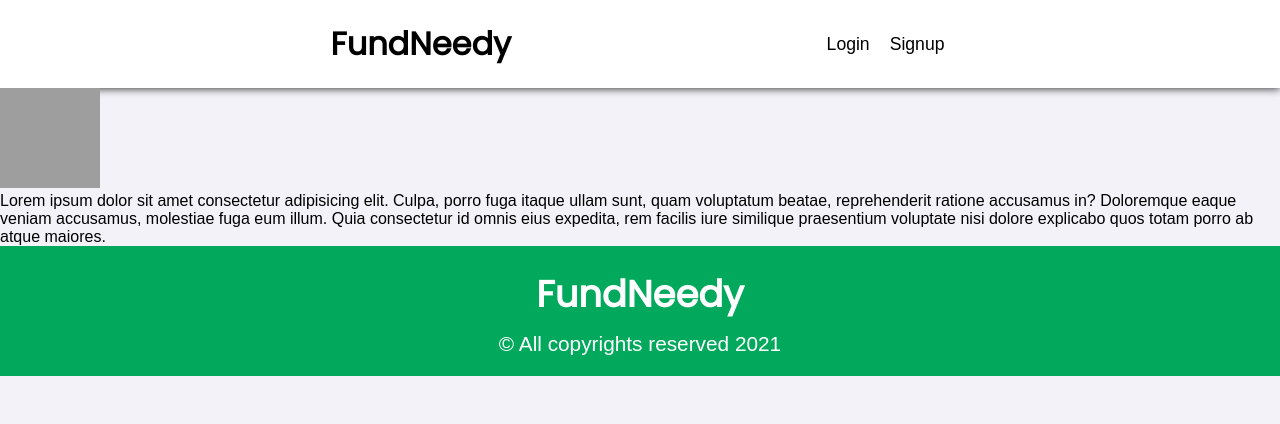
Repository: osdc/codejam
Page: /firmname (app in sassy-sandwiches/fund-needy/)
An editor plug-in stored every save of this project. The page is shown before and after the next save, followed by the edit.
The browser window is 1280 px wide. The pictures show the whole page.
Pictures or frames that could not be fetched are drawn as grey boxes. The project was rebuilt for these pictures with package versions that can differ from the ones it lists, and the page was loaded fresh each time. Also part of the build but not shown: sassy-sandwiches/fund-needy/src/Showcase.css, sassy-sandwiches/fund-needy/src/Showcase.js, sassy-sandwiches/fund-needy/src/Needies.css, sassy-sandwiches/fund-needy/src/Needy.css, sassy-sandwiches/fund-needy/src/Needy.js, sassy-sandwiches/fund-needy/src/Needies.js.

Above is the page before, as saved 2021-01-09 21:57:26.

### sassy-sandwiches/fund-needy/src/App.js
import React from "react";
import "./App.css";
import Navbar from "./Navbar";
import Showcase from "./Showcase";
import Needies from "./Needies";
import Footer from "./Footer";
import { BrowserRouter as Router, Route, Switch } from "react-router-dom";
import FirmFund from "./FirmFund";

function App() {
  return (
    <div className="App">
      <Router>
        <Navbar />
        <Switch>
          <Route exact path="/" component={Showcase} />
          <Route path="/needies" component={Needies} />
          <Route path="/firmname" component={FirmFund} />
        </Switch>
        <Footer />
      </Router>
    </div>
  );
}

export default App;

### sassy-sandwiches/fund-needy/src/App.css
* {
  margin: 0;
  padding: 0;
  font-family: Arial, Helvetica, sans-serif;
}

body {
  background-color: #f3f2f8;
}

### sassy-sandwiches/fund-needy/src/Navbar.js
import React from "react";
import "./Navbar.css";

function Navbar() {
  return (
    <div className="navbar">
      <div className="navbar_logo">
        <h1>FundNeedy</h1>
      </div>
      <div className="navbar_login_signup">
        <button>Login</button>
        <button>Signup</button>
      </div>
    </div>
  );
}

export default Navbar;

### sassy-sandwiches/fund-needy/src/Footer.js
import React from "react";
import "./Footer.css";

function Footer() {
  return (
    <div className="footer">
      <h1>FundNeedy</h1>
      <p>© All copyrights reserved 2021</p>
    </div>
  );
}

export default Footer;

### sassy-sandwiches/fund-needy/src/FirmFund.js
import React from "react";
import "./FirmFund.css";

function FirmFund() {
  return (
    <div className="firmFund">
      <div className="firmFund_image">
        <img
          src="https://i.pinimg.com/originals/ba/fc/15/bafc1525cef9606c5c064694ca8e60fb.jpg"
          alt=""
        />
      </div>
      <div className="firmFund_about">
        <p>
          Lorem ipsum dolor sit amet consectetur adipisicing elit. Culpa, porro
          fuga itaque ullam sunt, quam voluptatum beatae, reprehenderit ratione
          accusamus in? Doloremque eaque veniam accusamus, molestiae fuga eum
          illum. Quia consectetur id omnis eius expedita, rem facilis iure
          similique praesentium voluptate nisi dolore explicabo quos totam porro
          ab atque maiores.
        </p>
      </div>
    </div>
  );
}

export default FirmFund;

### sassy-sandwiches/fund-needy/src/Navbar.css
@import url("https://fonts.googleapis.com/css2?family=Poppins&display=swap");

.navbar {
  display: flex;
  align-items: center;
  justify-content: space-evenly;
  padding: 20px;
  -webkit-box-shadow: 0px 1px 8px 0px rgba(0, 0, 0, 0.75);
  -moz-box-shadow: 0px 1px 8px 0px rgba(0, 0, 0, 0.75);
  box-shadow: 0px 1px 8px 0px rgba(0, 0, 0, 0.75);
  background-color: #fff;
  /* position: sticky; */
  top: 0;
  z-index: 10000;
}

.navbar_logo > h1 {
  font-family: "Poppins", sans-serif;
}

.navbar_login_signup {
  display: flex;
  align-items: center;
  justify-content: space-between;
}

.navbar_login_signup > button:nth-of-type(1) {
  margin-right: 10px;
}

.navbar_login_signup > button {
  padding: 5px;
  font-size: 1.1rem;
  outline: none;
  border: none;
  background-color: #fff;
  cursor: pointer;
  width: 100%;
}

### sassy-sandwiches/fund-needy/src/Footer.css
.footer {
  text-align: center;
  background-color: #02a95c;
  color: #fff;
  padding: 20px;
}

.footer > h1 {
  font-size: 2.3rem;
  font-family: "Poppins";
}

.footer > p {
  font-size: 1.3rem;
  font-weight: 400;
  margin-top: 10px;
}

### sassy-sandwiches/fund-needy/src/FirmFund.css
.firmFund_image > img {
  height: 100px;
  width: 100px;
}

Loaded but not shown: sassy-sandwiches/fund-needy/public/index.html (common file); sassy-sandwiches/fund-needy/src/index.js (common file); sassy-sandwiches/fund-needy/src/index.css (common file)

After the next save:
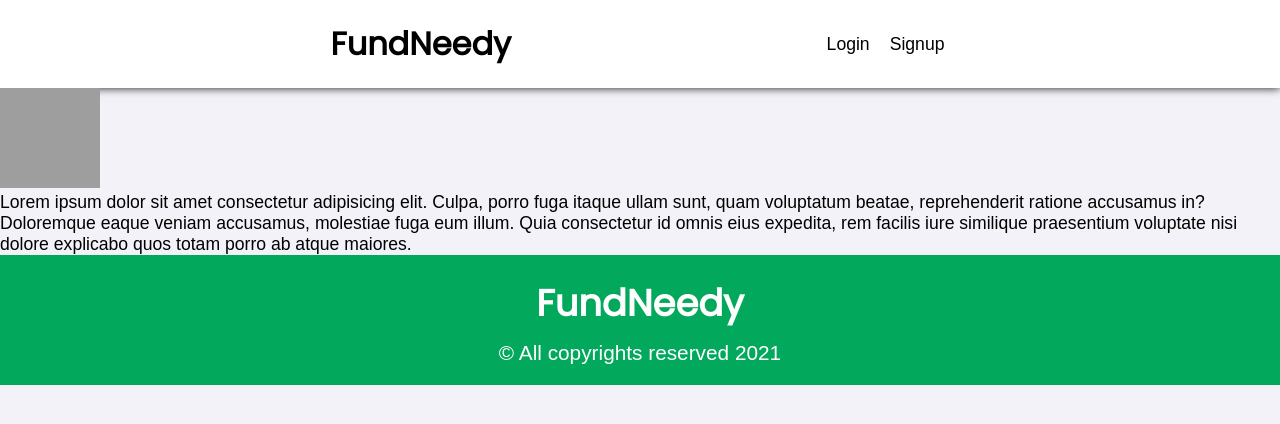
Saved 8 s later.
--- a/sassy-sandwiches/fund-needy/src/FirmFund.css
+++ b/sassy-sandwiches/fund-needy/src/FirmFund.css
@@ -2,3 +2,7 @@
   height: 100px;
   width: 100px;
 }
+
+.firmFund_about > p {
+  font-size: 1.1rem;
+}
